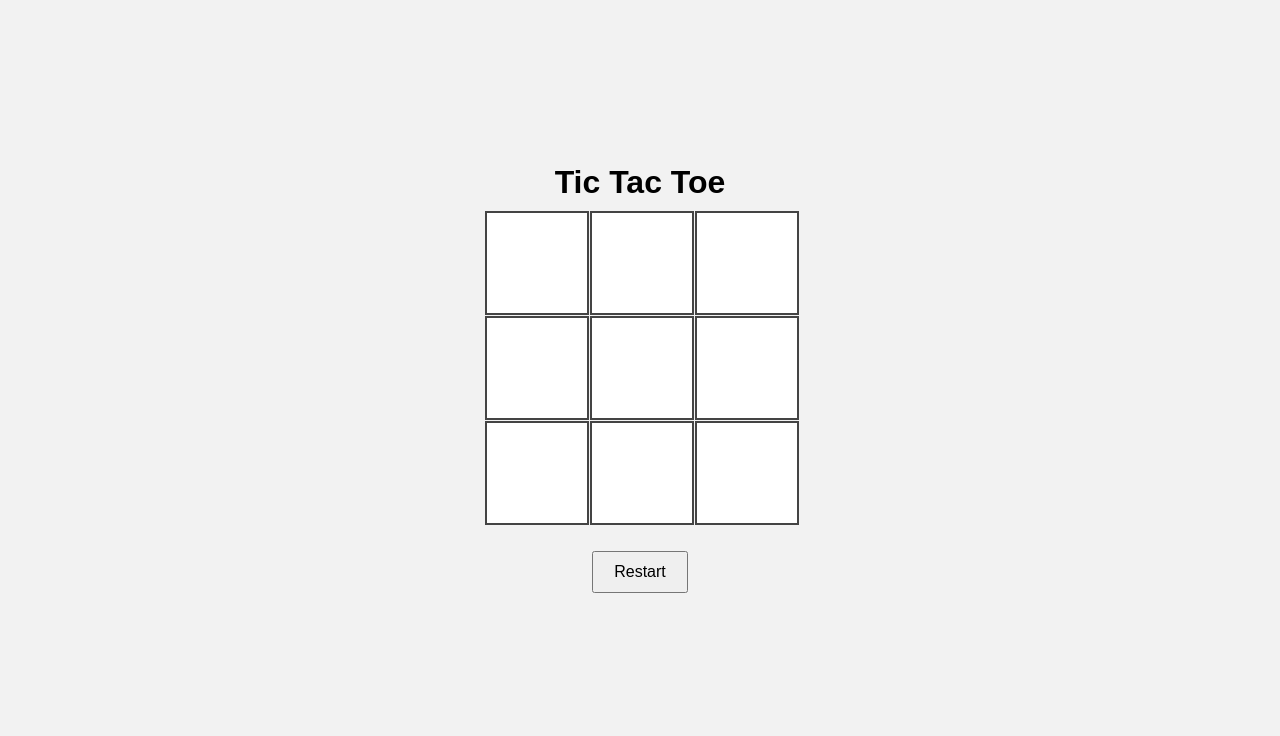
Repository: harshini0304/PRODIGY_WD_03
Page: index.html
These files come from the project's save history. The page is drawn as it stood at one moment and after the next save; the edit follows.
The browser window is 1280 px wide. The pictures show the whole page.

Above is the page before, as saved 2025-09-09 17:48:26.

After the next save:
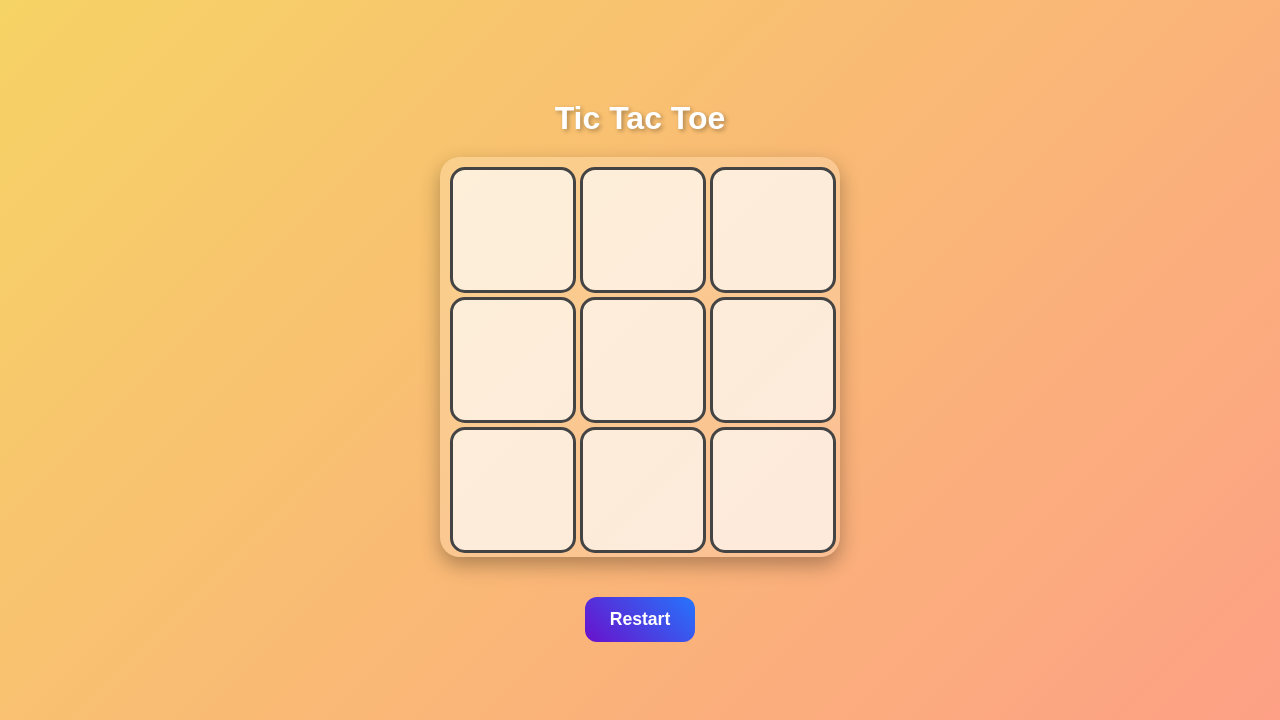
Saved 71 s later.
--- a/style.css
+++ b/style.css
@@ -1,43 +1,99 @@
+/* Body & general layout */
 body {
-  font-family: Arial, sans-serif;
-  background: #f2f2f2;
+  font-family: 'Arial', sans-serif;
+  background: linear-gradient(135deg, #f6d365, #fda085);
   display: flex;
   flex-direction: column;
   align-items: center;
   justify-content: center;
   height: 100vh;
+  margin: 0;
+  padding: 0;
 }
+
 h1 {
-  margin-bottom: 10px;
+  margin-bottom: 20px;
+  color: #fff;
+  text-shadow: 2px 2px 4px rgba(0,0,0,0.3);
 }
+
+/* Board styling */
 #board {
   display: grid;
-  grid-template-columns: repeat(3, 100px);
-  grid-template-rows: repeat(3, 100px);
-  gap: 5px;
+  grid-template-columns: repeat(3, 120px);
+  grid-template-rows: repeat(3, 120px);
+  gap: 10px;
+  background: #fff3;
+  padding: 10px;
+  border-radius: 20px;
+  box-shadow: 0 8px 20px rgba(0,0,0,0.3);
 }
+
+/* Each cell styling */
 .cell {
-  width: 100px;
-  height: 100px;
-  background: white;
-  border: 2px solid #444;
-  font-size: 2.5rem;
+  width: 120px;
+  height: 120px;
+  background: #ffffffaa;
+  border-radius: 15px;
+  border: 3px solid #444;
+  font-size: 3rem;
   display: flex;
   align-items: center;
   justify-content: center;
   cursor: pointer;
+  transition: all 0.3s ease;
 }
+
+/* Hover effect */
+.cell:hover {
+  background: #fffa;
+  transform: scale(1.05);
+  box-shadow: 0 4px 15px rgba(0,0,0,0.3);
+}
+
+/* Taken cells */
 .cell.taken {
   cursor: not-allowed;
+  color: #333;
 }
+
+/* Status text */
 #status {
-  margin-top: 15px;
-  font-size: 1.2rem;
+  margin-top: 20px;
+  font-size: 1.5rem;
   font-weight: bold;
+  color: #fff;
+  text-shadow: 1px 1px 2px rgba(0,0,0,0.4);
 }
+
+/* Restart button */
 button {
-  margin-top: 15px;
-  padding: 10px 20px;
-  font-size: 1rem;
+  margin-top: 20px;
+  padding: 12px 25px;
+  font-size: 1.1rem;
   cursor: pointer;
+  border: none;
+  border-radius: 12px;
+  background: linear-gradient(45deg, #6a11cb, #2575fc);
+  color: white;
+  font-weight: bold;
+  transition: all 0.3s ease;
 }
+
+button:hover {
+  transform: scale(1.05);
+  box-shadow: 0 6px 15px rgba(0,0,0,0.3);
+}
+
+/* Winning highlight animation */
+.cell.winner {
+  background: linear-gradient(45deg, #ff9a9e, #fad0c4);
+  color: #fff;
+  animation: blink 0.8s infinite alternate;
+}
+
+@keyframes blink {
+  0% { transform: scale(1); }
+  50% { transform: scale(1.1); }
+  100% { transform: scale(1); }
+}
